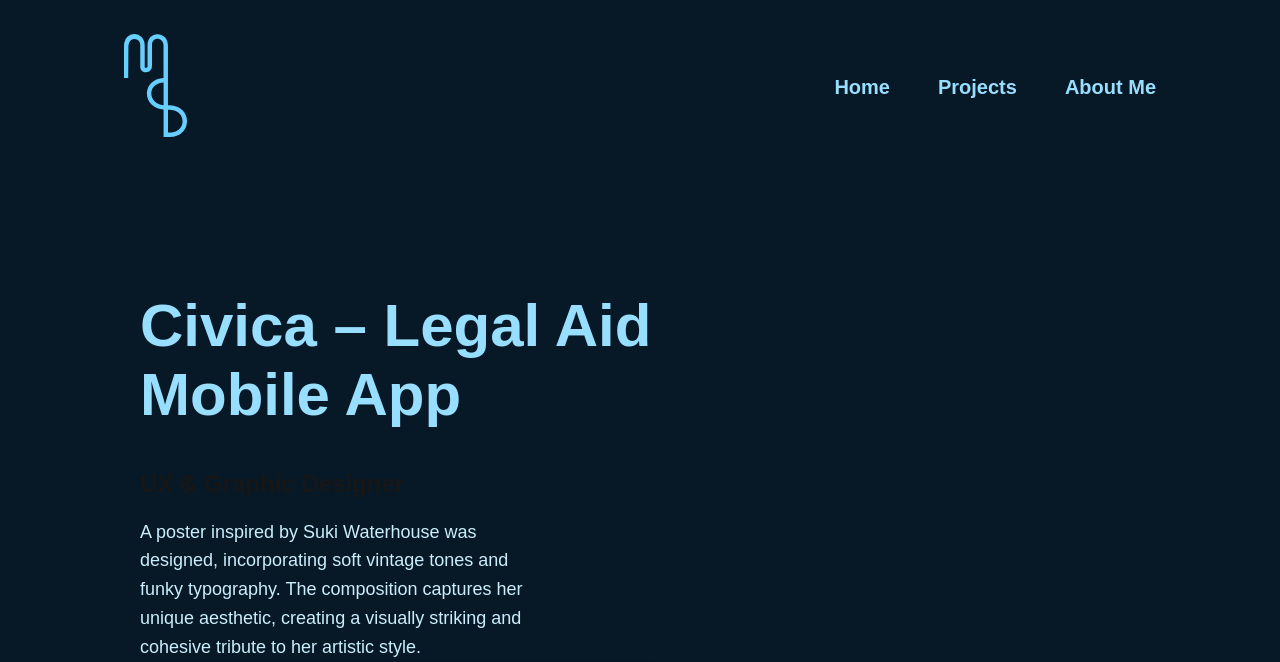
Repository: madelinestruthers/madeline-portfolio-site
Page: /Projects/civica
An editor plug-in stored every save of this project. The page is shown before and after the next save, followed by the edit.
The browser window is 1280 px wide. The pictures show the part of the page from y = 0 to 662 px (the page is 2544 px tall before and 2613 px after).
Pictures or frames that could not be fetched are drawn as grey boxes. The project was rebuilt for these pictures with package versions that can differ from the ones it lists, and the page was loaded fresh each time. The framework's server and built-in components were replaced by stand-ins that run in the browser. Also part of the build but not shown: next.config.mjs.

Above is the page before, as saved 2025-02-10 00:33:52.

After the next save:
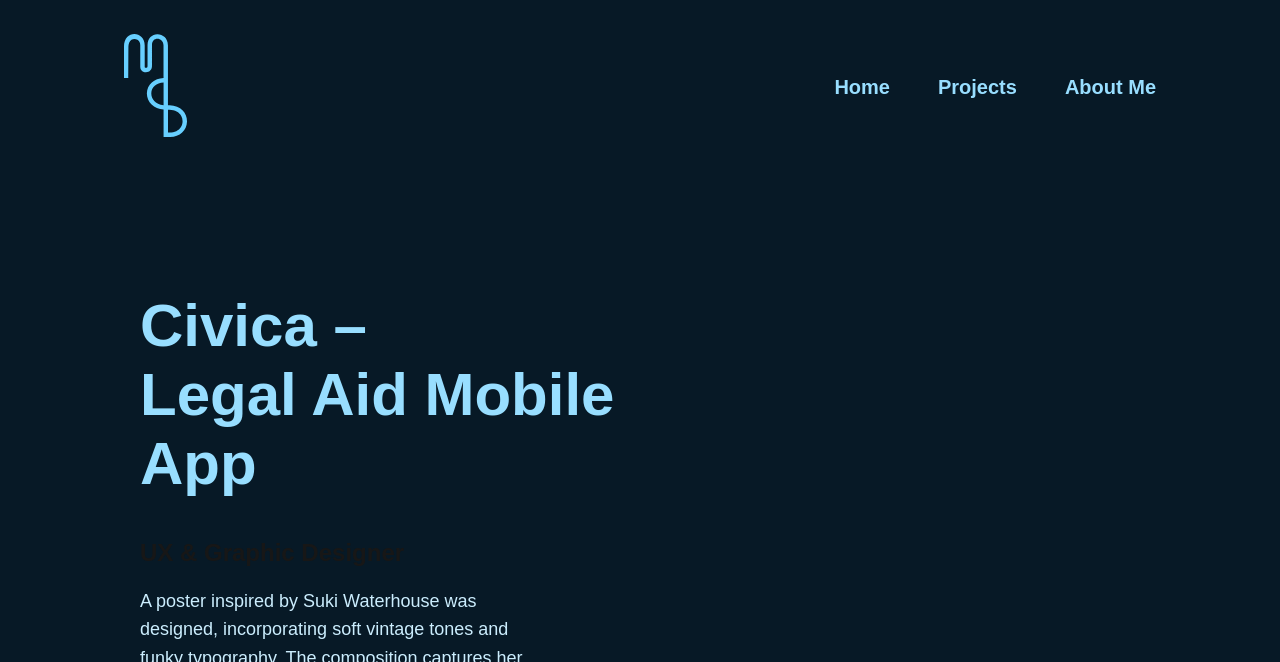
Saved 15 s later.
--- a/src/pages/Projects/civica.js
+++ b/src/pages/Projects/civica.js
@@ -11,7 +11,7 @@
       <div className={`${styles.page}`}>
         <main className={styles.container}>
           <div className={styles.bioContainer}>
-         <h1 className={styles.h1Style}>Civica – Legal Aid Mobile App</h1>
+         <h1 className={styles.h1Style}>Civica – <br/>Legal Aid Mobile App</h1>
          <h2>UX & Graphic Designer</h2>
             <p className={styles.bio}>
             A poster inspired by Suki Waterhouse was designed, incorporating soft vintage tones and funky typography. The composition captures her unique aesthetic, creating a visually striking and cohesive tribute to her artistic style.            </p>

After the save that followed:
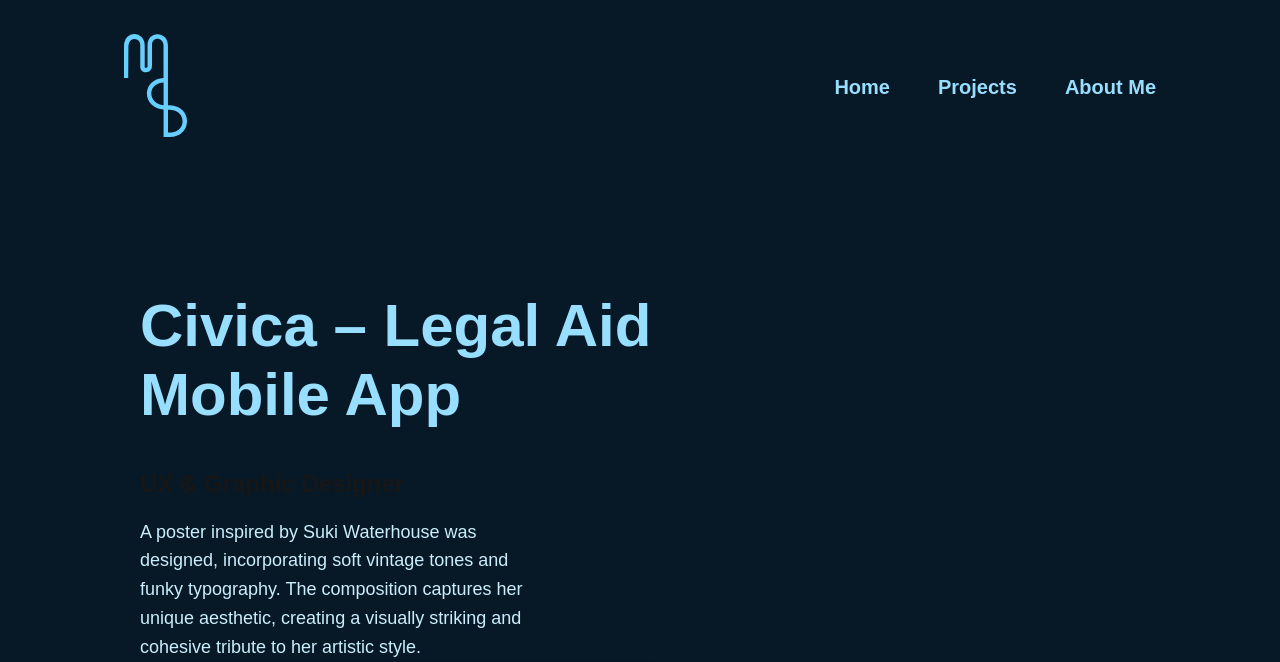
Saved 24 s later.
--- a/src/pages/Projects/civica.js
+++ b/src/pages/Projects/civica.js
@@ -11,7 +11,7 @@
       <div className={`${styles.page}`}>
         <main className={styles.container}>
           <div className={styles.bioContainer}>
-         <h1 className={styles.h1Style}>Civica – <br/>Legal Aid Mobile App</h1>
+         <h1 className={styles.h1Style}>Civica – Legal Aid <br/>Mobile App</h1>
          <h2>UX & Graphic Designer</h2>
             <p className={styles.bio}>
             A poster inspired by Suki Waterhouse was designed, incorporating soft vintage tones and funky typography. The composition captures her unique aesthetic, creating a visually striking and cohesive tribute to her artistic style.            </p>
